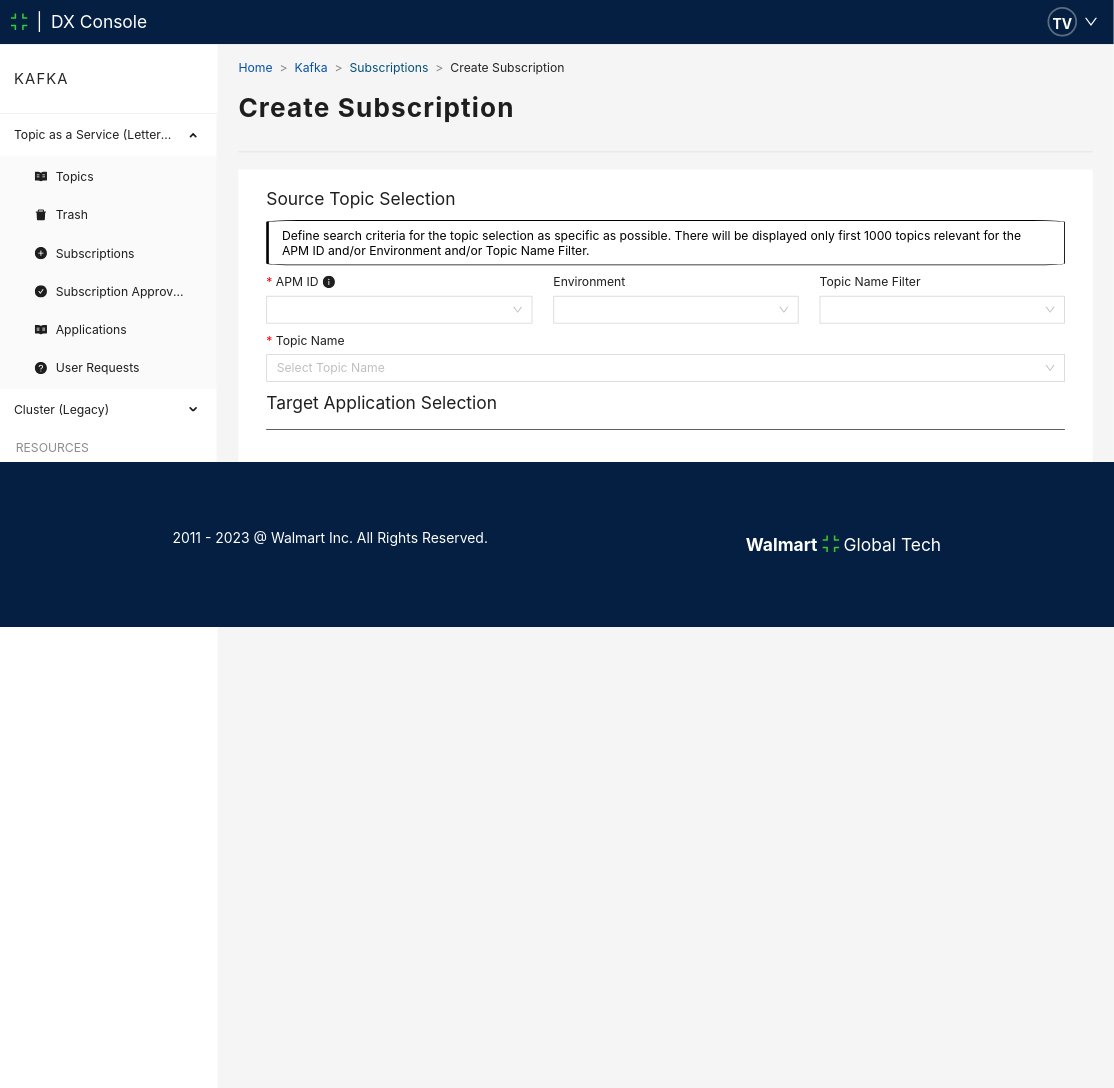
Repository: Qianying-Chai/kafka
Page: /kafka/subscriptions_active_tab=nonProxy/create-non-proxy
An editor plug-in stored every save of this project. The page is shown before and after the next save, followed by the edit.
The browser window is 1280 px wide. The pictures show the whole page, at 87% of full size.
The project was rebuilt for these pictures with package versions that can differ from the ones it lists, and the page was loaded fresh each time. Also part of the build but not shown: src/pages/Components/ComponentsTable.jsx, src/pages/Components/ComponentsInput.jsx, src/pages/Components/ComponentsPagination.jsx, src/pages/Taas/Topics/Topics.jsx, src/pages/Taas/Topics/CreateTopics/Form/DetailsForm.jsx, src/pages/Taas/Topics/CreateTopics/CreateTopic.jsx, src/pages/Taas/Trash/Style/Trash.css, src/pages/Taas/Trash/Trash.jsx and 12 more.

Above is the page before, as saved 2024-01-15 20:01:19.

### src/redux/store.jsx
import { configureStore } from "@reduxjs/toolkit";
import reducer from "./reducer";
const store = configureStore({ reducer: reducer });
export default store;

### src/pages/common/Header.jsx
import React from "react";
import "./Style/Header.css";
import { CompressOutlined, UpOutlined, DownOutlined } from "@ant-design/icons";
import { Layout } from "antd";
import { useState } from "react";
const Header = () => {
  const [login, setLogin] = useState(true);

  return (
    <Layout>
      <Layout.Header className="header">
        <div className="header-content-left">
          <CompressOutlined className="header-left-icon" />
          <span className="header-left-divider">|</span>
          <span className="header-left-dx-console">DX Console </span>
        </div>
        <div className="header-content-right">
          <div className="user">
            <div className="user-icon">TV</div>
            {login ? (
              <DownOutlined
                className="login-button"
                onClick={() => {
                  setLogin((state) => !state);
                }}
              />
            ) : (
              <UpOutlined
                className="logout-button"
                onClick={() => {
                  setLogin((state) => !state);
                }}
              />
            )}
          </div>
          <div
            className="logout-pop-up"
            style={{
              display: login ? "none" : "block",
            }}
          >
            LOGOUT
          </div>
        </div>
      </Layout.Header>
    </Layout>
  );
};
export default Header;

### src/pages/common/categoryConstants.jsx
const categoryConstants = {
  TOPICS: "Topics",
  TRASH: "Trash",
  SUBSCRIPTIONS: "Subscriptions",
  SUBSCRIPTIONS_APPROVALS: "Subscription Approvals",
  APPLICATIONS: "Applications",
  USER_REQUESTS: "User Requests",
  CLUSTERS: "Clusters",
  MIGRATED_CLUSTERS: "Migrated Clusters",
  SUBSCRIPTION: "Subscription",
  USERE_REQUESTS_LEGACY: "User Requests (Legacy)",
  SUPPORT: "Support",
  CREATE_TOPIC: "Create Topic",
  CREATE_SUBSCRIPTION: "Create Subscription",
};

export default categoryConstants;

### src/pages/Taas/Subscriptions/SubscriptionsNonProxy/CreateSubscriptions/CreateSubscriptionsNonProxy.jsx
import React from "react";
import ComponentsBreadcrumb from "../../../../Components/ComponentsBreadcrumb";
import ComponentsContent from "../../../../Components/ComponentsContent";
import ComponentsDivider from "../../../../Components/ComponentsDivider";
import ComponentsTitle from "../../../../Components/ComponentsTitle";
import categoryConstants from "../../../../common/categoryConstants";
import SourceTopicFormNonProxy from "./Form/SourceTopicFormNonProxy";
import TargetApplicationSelectionFormNonProxy from "./Form/TargetApplicationSelectionFormNonProxy";
import "../../Style/CreateSubscriptionNonproxy.css";
import { Typography } from "antd";
const { Title } = Typography;

const CreateSubscriptionsNonProxy = () => {
  return (
    <>
      <div>
        <ComponentsBreadcrumb
          items={[
            {
              title: "Home",
            },
            {
              title: "Kafka",
            },
            {
              title: categoryConstants.SUBSCRIPTIONS,
              href: `/kafka/${categoryConstants.SUBSCRIPTIONS.toLowerCase()}_active_tab=nonProxy`,
            },
            {
              title: categoryConstants.CREATE_SUBSCRIPTION,
            },
          ]}
        />
        <div className="content-banner">
          <ComponentsTitle title={categoryConstants.CREATE_SUBSCRIPTION} />
        </div>
      </div>
      <ComponentsContent>
        <Title level={4} style={{ fontWeight: "normal" }}>
          Source Topic Selection
        </Title>

        <div className="bordered-content">
          Define search criteria for the topic selection as specific as
          possible. There will be displayed only first 1000 topics relevant for
          the APM ID and/or Environment and/or Topic Name Filter.
        </div>
        <SourceTopicFormNonProxy />
        <Title level={4} style={{ fontWeight: "normal" }}>
          Target Application Selection
        </Title>
        {/* <TargetApplicationSelectionForm /> */}
        <ComponentsDivider />
        <div className="buttons-wrapper">
          {/* <CancelButton />
        <SubmitButton disabled /> */}
        </div>
      </ComponentsContent>
    </>
  );
};
export default CreateSubscriptionsNonProxy;

### src/pages/common/Footer.jsx
import React from "react";
import { Layout } from "antd";
import { CompressOutlined } from "@ant-design/icons";
import "./Style/Footer.css";

const Footer = () => {
  return (
    <Layout.Footer className="footer">
      <div className="footer-text-left">
        2011 - 2023 @ Walmart Inc. All Rights Reserved.
      </div>
      <div className="footer-text-right">
        <span className="footer-text-right-walmart">Walmart</span>
        <CompressOutlined className="footer-icon" />
        <span className="footer-text-right-global-tech">Global Tech</span>
      </div>
    </Layout.Footer>
  );
};

export default Footer;

### src/redux/reducer.jsx
import { SET_PATH_NAME, SET_SELECTED_TAAS_SUBSCRIPTIONS } from "./constants";
const initialState = {
  pathName: "",
  selectedTaasSubscriptions: "nonProxy",
};
const reducer = (state = initialState, action) => {
  const { type, payload } = action;
  switch (type) {
    case SET_PATH_NAME:
      return { ...state, pathName: payload };
    case SET_SELECTED_TAAS_SUBSCRIPTIONS:
      return { ...state, selectedTaasSubscriptions: payload };
    default:
      return state;
  }
};

export default reducer;

### src/pages/common/Style/Header.css
.header {
  justify-content: space-between;
  padding: 0 12px;
  background-color: rgb(4, 31, 65);
  height: 51px;
  line-height: 51px;
  color: #ffffff;
}

.header,
.user {
  display: flex;
}

.header-content-left {
  font-size: 20px;
}

.header-left-icon {
  color: #32cd32;
}

.header-left-divider {
  margin: 0 10px;
}

.header-content-right {
  font-weight: bolder;
  flex-direction: column;
  font-size: 1rem;
  width: 76px;
  padding-left: 12px;
}

.user {
  margin: 8px 0px;
}
.user-icon {
  height: 34px;
  line-height: 34px;
  width: 34px;
  border-radius: 50%;
  text-align: center;
}
.user-icon,
.logout-pop-up {
  border: 2px solid rgba(225, 225, 225, 0.4);
}

.login-button,
.logout-button {
  padding-left: 8px;
}

.logout-pop-up {
  transition: all 10s ease-out;
  width: 100px;
  height: 60px;
  line-height: 60px;
  position: absolute;
  right: 0px;
  z-index: 999;
  font-size: 15px;
  letter-spacing: 1pt;
  text-align: center;
  justify-content: center;
  color: rgb(94, 91, 91);
  box-shadow: 0px 0px 4px 4px rgba(176, 174, 174, 0.4);
}

### src/pages/common/Style/Sider.css
.sider {
  min-height: 1200px;
}

.slider-top {
  height: 80px;
  border-bottom: 1px solid rgb(239, 239, 239);
}
.slider-top-content {
  height: 100%;
  display: flex;
  align-items: center;
  margin-left: 16px;
  letter-spacing: 1pt;
  font-size: 17px;
  color: #000000d9;
}

### src/pages/Components/ComponentsContent.jsx
import React from "react";
import "../common/Style/Content.css";
import { Layout, theme } from "antd";

const ComponentsContent = (props) => {
  const {
    token: { colorBgContainer },
  } = theme.useToken();

  return (
    <div>
      <Layout.Content
        style={{
          padding: "20px 32px 32px",
          minHeight: 280,
          background: colorBgContainer,
        }}
        {...props}
      ></Layout.Content>
    </div>
  );
};
export default ComponentsContent;

### src/pages/Components/ComponentsBreadcrumb.jsx
import React from "react";
import { Breadcrumb, ConfigProvider } from "antd";

const ComponentsBreadcrumb = (props) => {
  return (
    <ConfigProvider
      theme={{
        components: {
          Breadcrumb: {
            lastItemColor: "#000000D9",
            linkColor: "#075179",
            itemColor: "#0751A9",
            linkHoverColor: "#F5F5F5",
          },
          token: {
            colorBgTextHover: "#F5F5F5",
          },
        },
      }}
    >
      <div>
        <Breadcrumb
          style={{
            margin: "16px 0",
          }}
          separator=">"
          items={props.items}
        ></Breadcrumb>
      </div>
    </ConfigProvider>
  );
};
export default ComponentsBreadcrumb;

### src/pages/Components/ComponentsTitle.jsx
import React from "react";
import { Typography, ConfigProvider } from "antd";
const { Title } = Typography;

const ComponentsTitle = (props) => {
  return (
    <>
      <ConfigProvider
        theme={{
          components: {
            token: {
              colorText: "#041E42",
            },
          },
        }}
      >
        <Title level={2} style={{ fontWeight: "bold" }}>
          {props.title}
        </Title>
      </ConfigProvider>
    </>
  );
};

export default ComponentsTitle;

### src/pages/Components/ComponentsDivider.jsx
import React from "react";
import { Divider, ConfigProvider } from "antd";
const ComponentsDivider = () => (
  <ConfigProvider
    theme={{
      token: {
        colorSplit: "rgba(0, 0, 0, 0.85)",
        marginLG: 16,
      },
    }}
  >
    {" "}
    <Divider />
  </ConfigProvider>
);
export default ComponentsDivider;

### src/pages/Taas/Topics/Style/CreateTopic.css
.buttons-wrapper {
  display: flex;
  justify-content: flex-end;
}

.cancel-button,
.submit-button {
  letter-spacing: 1pt;
}
.cancel-button {
  margin-right: 10px;
}

### src/pages/Taas/Subscriptions/SubscriptionsNonProxy/CreateSubscriptions/Form/SourceTopicFormNonProxy.jsx
import React, { useMemo, useState, useRef } from "react";
import debounce from "lodash/debounce";
import { Col, Row, ConfigProvider, Select, Spin } from "antd";
import SelectTitle from "../../../../../Components/SelectTitle";
const SourceTopicFormNonProxy = () => {
  function DebounceSelect({ fetchOptions, debounceTimeout = 800, ...props }) {
    const [fetching, setFetching] = useState(false);
    const [options, setOptions] = useState([]);
    const fetchRef = useRef(0);
    const debounceFetcher = useMemo(() => {
      const loadOptions = (value) => {
        fetchRef.current += 1;
        const fetchId = fetchRef.current;
        setOptions([]);
        setFetching(true);
        fetchOptions(value).then((newOptions) => {
          if (fetchId !== fetchRef.current) {
            // for fetch callback order
            return;
          }
          setOptions(newOptions);
          setFetching(false);
        });
      };
      return debounce(loadOptions, debounceTimeout);
    }, [fetchOptions, debounceTimeout]);
    return (
      <Select
        labelInValue
        filterOption={false}
        onSearch={debounceFetcher}
        notFoundContent={fetching ? <Spin size="small" /> : null}
        {...props}
        options={options}
      />
    );
  }

  const [value, setValue] = useState([]);

  async function fetchUserList(username) {
    console.log("fetching user", username);
    return fetch("https://randomuser.me/api/?results=5")
      .then((response) => response.json())
      .then((body) =>
        body.results.map((user) => ({
          label: `${user.name.first} ${user.name.last}`,
          value: user.login.username,
        }))
      );
  }
  const handleChange = (value) => {
    console.log(`selected ${value}`);
  };

  return (
    <ConfigProvider
      theme={{
        token: {
          borderRadius: 0,
        },
      }}
    >
      <Row style={{ display: "flex", flexFlow: "nowrap" }}>
        <Col
          span={8}
          style={{
            marginRight: "12px",
          }}
        >
          <SelectTitle title={"APM ID"} />
          <DebounceSelect
            className="select"
            mode="multiple"
            value={value}
            fetchOptions={fetchUserList}
            onChange={(newValue) => {
              setValue(newValue);
            }}
            style={{
              width: "100%",
              margin: "0 0 10px",
            }}
          />
        </Col>
        <Col
          span={8}
          style={{
            padding: "0 12px",
          }}
        >
          <div className="Select-title-wrapper">Environment</div>
          <DebounceSelect
            className="select"
            mode="multiple"
            value={value}
            fetchOptions={fetchUserList}
            onChange={(newValue) => {
              setValue(newValue);
            }}
          />
        </Col>
        <Col
          span={8}
          style={{
            padding: "0 12px",
          }}
        >
          <div className="Select-title-wrapper">Topic Name Filter</div>
          <Select
            mode="tags"
            className="select"
            onChange={handleChange}
            showSearch={false}
          />
        </Col>
      </Row>
      <Row>
        <Col
          span={24}
          style={{
            marginRight: "12px",
          }}
        >
          <div className="Select-title-wrapper">
            <span className="prefix">*</span>Topic Name
          </div>
          <DebounceSelect
            mode="multiple"
            value={value}
            placeholder="Select Topic Name"
            fetchOptions={fetchUserList}
            onChange={(newValue) => {
              setValue(newValue);
            }}
            className="select"
          />
        </Col>
      </Row>
    </ConfigProvider>
  );
};

export default SourceTopicFormNonProxy;

### src/pages/Taas/Subscriptions/Style/CreateSubscriptionNonproxy.css
.content-title {
  margin-bottom: 10px;
  font-size: 16px;
}

.bordered-content {
  border: 1px solid black;
  border-left: 3px solid black;
  padding: 8px 15px;
  margin: 10px 0px;
  border-radius: 4%;
  color: #000000;
}

### src/pages/common/Style/Footer.css
.footer {
  text-emphasis-style: center;
  background-color: #041f41;
  color: white;
  display: flex;
  justify-content: space-around;
  height: 189px;
  align-items: center;
  width: 100%;
  position: fixed;
  bottom: 0;
}

.footer-icon {
  font-size: 20px;
  color: #32cd32;
}

.footer-text-left {
  font-size: 16px;
  margin-bottom: 16px;
}

.footer-text-right {
  font-size: 20px;
}

.footer-text-right-walmart {
  font-weight: bold;
  padding-right: 5px;
}

.footer-text-right-global-tech {
  padding-left: 5px;
}

### src/redux/constants.jsx
const SET_PATH_NAME = "SET_PATH_NAME";
const SET_SELECTED_TAAS_SUBSCRIPTIONS = "SET_SELECTED_TAAS_SUBSCRIPTIONS";
export { SET_PATH_NAME };
export { SET_SELECTED_TAAS_SUBSCRIPTIONS };

### src/pages/common/Style/Content.css
.content-banner {
  height: 70px;
  display: flex;
  justify-content: space-between;
  background-color: #f5f5f5;
  color: #041e42;
  letter-spacing: 1pt;
  border-bottom: 1px solid rgba(167, 164, 164, 0.3);
  margin-bottom: 20px;
  padding-bottom: 15px;
}

.content-banner-button {
  background-color: #041f41;
  color: #ffffff;
}

.content-text {
  margin: 24px 0 20px;
}

### src/pages/Components/SelectTitle.jsx
import React from "react";
import "./Style/SelectTitle.css";
import { InfoCircleFilled } from "@ant-design/icons";
const SelectTitle = (props) => {
  return (
    <div className="Select-title-wrapper">
      <span className="prefix">*</span>
      <span className="Select-title">{props.title}</span>
      <InfoCircleFilled />
    </div>
  );
};

export default SelectTitle;

### src/pages/Taas/Topics/Style/DetailsForm.css
.select {
  margin: 0 0 10px;
  width: 100%;
}

### src/pages/Components/Style/SelectTitle.css
.prefix {
  color: red;
  margin-right: 4px;
}

.Select-title-wrapper {
  padding-bottom: 8px;
}

.Select-title {
  margin-right: 5px;
}

### src/pages/Taas/Subscriptions/SubscriptionsNonProxy/CreateSubscriptions/Form/TargetApplicationSelectionFormNonProxy.jsx
import React, { useMemo, useState, useRef } from "react";
import debounce from "lodash/debounce";
import { Col, Row, ConfigProvider, Select, Spin } from "antd";
import SelectLabel from "../../../../Components/SelectLabel";

const TargetApplicationSelectionFormNonProxy = () => {
  function DebounceSelect({ fetchOptions, debounceTimeout = 800, ...props }) {
    const [fetching, setFetching] = useState(false);
    const [options, setOptions] = useState([]);
    const fetchRef = useRef(0);

    const debounceFetcher = useMemo(() => {
      const loadOptions = (value) => {
        fetchRef.current += 1;
        const fetchId = fetchRef.current;
        setOptions([]);
        setFetching(true);
        fetchOptions(value).then((newOptions) => {
          if (fetchId !== fetchRef.current) {
            return;
          }
          setOptions(newOptions);
          setFetching(false);
        });
      };
      return debounce(loadOptions, debounceTimeout);
    }, [fetchOptions, debounceTimeout]);
    return (
      <Select
        labelInValue
        filterOption={false}
        onSearch={debounceFetcher}
        notFoundContent={fetching ? <Spin size="small" /> : null}
        {...props}
        options={options}
      />
    );
  }

  const [value, setValue] = useState([]);

  async function fetchUserList(username) {
    console.log("fetching user", username);
    return fetch("https://randomuser.me/api/?results=5")
      .then((response) => response.json())
      .then((body) =>
        body.results.map((user) => ({
          label: `${user.name.first} ${user.name.last}`,
          value: user.login.username,
        }))
      );
  }
  const handleChange = (value) => {
    console.log(`selected ${value}`);
  };

  return (
    <ConfigProvider
      theme={{
        token: {
          borderRadius: 0,
        },
      }}
    >
      <Row style={{ display: "flex", flexFlow: "nowrap" }}>
        <Col
          span={12}
          style={{
            marginRight: "12px",
          }}
        >
          <SelectLabel label={"APM ID"} />
          <DebounceSelect
            mode="multiple"
            value={value}
            fetchOptions={fetchUserList}
            onChange={(newValue) => {
              setValue(newValue);
            }}
            className="select"
          />
        </Col>
        <Col
          span={12}
          style={{
            padding: "0 12px",
          }}
        >
          <SelectLabel label={"Application Name / App Key"} />
          <Select
            mode="tags"
            className="select"
            placeholder="Select Application Name or create a new one by App Key"
            onChange={handleChange}
            showSearch={false}
          />
        </Col>
      </Row>
    </ConfigProvider>
  );
};

export default TargetApplicationSelectionFormNonProxy;

### src/pages/Components/SelectLabel.jsx
import React from "react";
import "./Style/SelectLabel.css";
import { InfoCircleFilled } from "@ant-design/icons";

const SelectLabel = (props) => {
  return (
    <div className="select-title-wrapper" {...props}>
      <span className="select-title-prefix">*</span>
      <span id="select-title">{props.label}</span>
      <InfoCircleFilled />
    </div>
  );
};

export default SelectLabel;

### src/pages/Components/Style/SelectLabel.css
.select-title-wrapper {
  padding: 0 0 8px;
  font-size: 14px;
}

.select-title-prefix {
  color: red;
  margin-right: 4px;
}
#select-title {
  margin-right: 4px;
}

Loaded but not shown: public/index.html (common file); src/style/index.css (common file); src/App.js (103 lines, source omitted); src/index.js (16 lines, source omitted); src/pages/common/Sider.jsx (186 lines, source omitted)

After the next save:
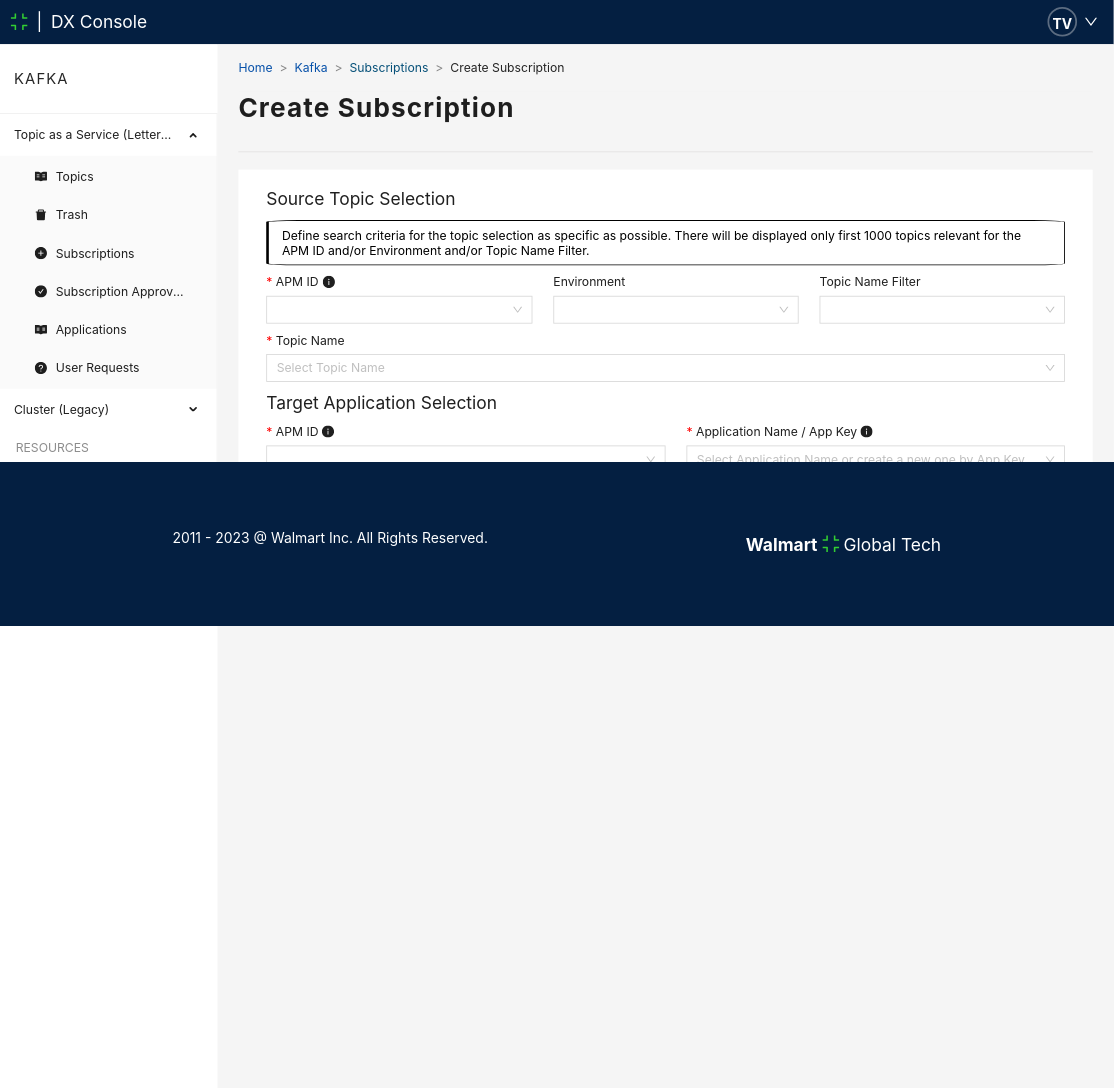
Saved 17 s later.
--- a/src/pages/Taas/Subscriptions/SubscriptionsNonProxy/CreateSubscriptions/CreateSubscriptionsNonProxy.jsx
+++ b/src/pages/Taas/Subscriptions/SubscriptionsNonProxy/CreateSubscriptions/CreateSubscriptionsNonProxy.jsx
@@ -49,7 +49,7 @@
         <Title level={4} style={{ fontWeight: "normal" }}>
           Target Application Selection
         </Title>
-        {/* <TargetApplicationSelectionForm /> */}
+        <TargetApplicationSelectionFormNonProxy />
         <ComponentsDivider />
         <div className="buttons-wrapper">
           {/* <CancelButton />
